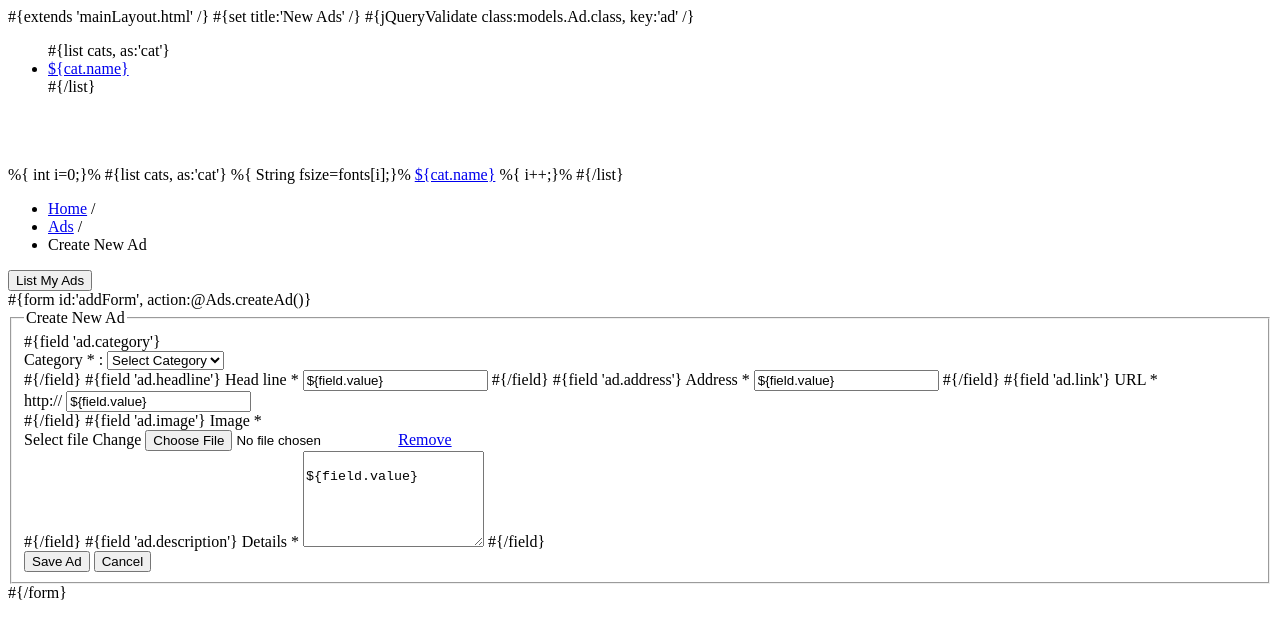
Repository: Maalejm/SEBA
Page: SlifeWebSite/app/views/Ads/newAd.html
An editor plug-in stored every save of this project. The page is shown before and after the next save, followed by the edit.
The browser window is 1280 px wide. The pictures show the whole page.

Above is the page before, as saved 2013-06-18 07:36:25.

### SlifeWebSite/app/views/Ads/newAd.html
#{extends 'mainLayout.html' /}
#{set title:'New Ads' /}


#{jQueryValidate class:models.Ad.class, key:'ad' /}

 <div class="container-fluid">
            <div class="row-fluid">
                <div class="span2">

                    <ul class="nav nav-list">
                        #{list cats, as:'cat'}
                         <li
                         %{ if(cat.id==1) { }%
                          class="active"
                         %{ } }%
                         ><a class="catNav" href="${cat.id}">${cat.name}</a></li>
                        #{/list}

                    </ul>

                    <div>
                    <br/>
                    <br/>
                    <br/>

                    %{ int i=0;}%
                    #{list cats, as:'cat'}
                       %{ String fsize=fonts[i];}%
                       <span style="font-size:${fsize}px;"><a class="catNav" href="${cat.id}">${cat.name}</a></span>
                      %{ i++;}%
                    #{/list}
                    </div>
                    <!--Sidebar content-->
                </div>
                <div class="span10">
                    <ul class="breadcrumb">
                        <li><a href="#">Home</a> <span class="divider">/</span></li>
                        <li><a href="#">Ads</a> <span class="divider">/</span></li>
                        <li class="active">Create New Ad</li>
                    </ul>

                    <div class="btn-group">
                        <button class="btn">List My Ads</button>
                    </div>




                    #{form id:'addForm', action:@Ads.createAd()}
                        <fieldset>
                            <legend>Create New Ad</legend>
                            <!-- #{ifErrors}
								<div class="error">
   									 <h2>Oops, please correct these errors</h2>
								</div>
							#{/ifErrors}
 -->
                             #{field 'ad.category'}
        						<div class="field">
            					<label for="${field.id}">Category * : </label>
            					<select id="${field.id}"  name="${field.name}" class="span5 ${field.errorClass}" >
                                <option value="0">Select Category</option>
                                #{list cats, as:'cat'}
                                <option value="${cat.id}">${cat.name}</option>
                    		    #{/list}
                          	  </select>

						 	 </div>
      					   #{/field}
							#{field 'ad.headline'}
                            <label for="${field.id}" >Head line *</label>
                             <input id="${field.id}" value="${field.value}"  name="${field.name}" class="span5 ${field.errorClass}" type="text" class="span5" placeholder="Descripe your ad">

                            #{/field}
                            #{field 'ad.address'}
                            <label for="${field.id}" >Address *</label>
                             <input id="${field.id}" value="${field.value}"  name="${field.name}" class="span5 ${field.errorClass}" type="text" class="span5" placeholder="Type an address here">

                            #{/field}

                            #{field 'ad.link'}
                            <label for="${field.id}" >URL *</label>
                             <div class=" input-prepend">
                                    <span class="add-on">http://</span>
                             <input id="${field.id}" value="${field.value}"  name="${field.name}" class="input_text ${field.errorClass}" type="text" class="span5" placeholder="Type an address here">
                             </div>

                            #{/field}


                            #{field 'ad.image'}
                            <label for="${field.id}" >Image *</label>

                              <div class="fileupload fileupload-new" data-provides="fileupload">
  								<div class="input-append">
   								 <div class="uneditable-input span3"><i class="icon-file fileupload-exists">
   								 </i> <span class="fileupload-preview"></span></div><span class="btn btn-file">
   								 <span class="fileupload-new">Select file</span>
   								 <span class="fileupload-exists">Change</span>
   								 <input type="file" id="${field.id}" value="${field.value}"  name="${field.name}" class="${field.errorClass}" /></span><a href="#" class="btn fileupload-exists" data-dismiss="fileupload">Remove</a>


  								</div>

							</div>


                            #{/field}


                             #{field 'ad.description'}
                            <label for="${field.id}" >Details *</label>
                                <textarea rows="6"  id="${field.id}"   name="${field.name}" class="input_textarea ${field.errorClass}">
                                ${field.value}
                                </textarea>

                            #{/field}

                                  <br/>



                                  <div class="form-actions">
                                      <button type="submit" class="btn btn-primary">Save Ad</button>
                                      <button type="button" class="btn">Cancel</button>
                                  </div>
                        </fieldset>
                    #{/form}



                    <!--Body content-->
                </div>
            </div>
        </div>

After the next save:
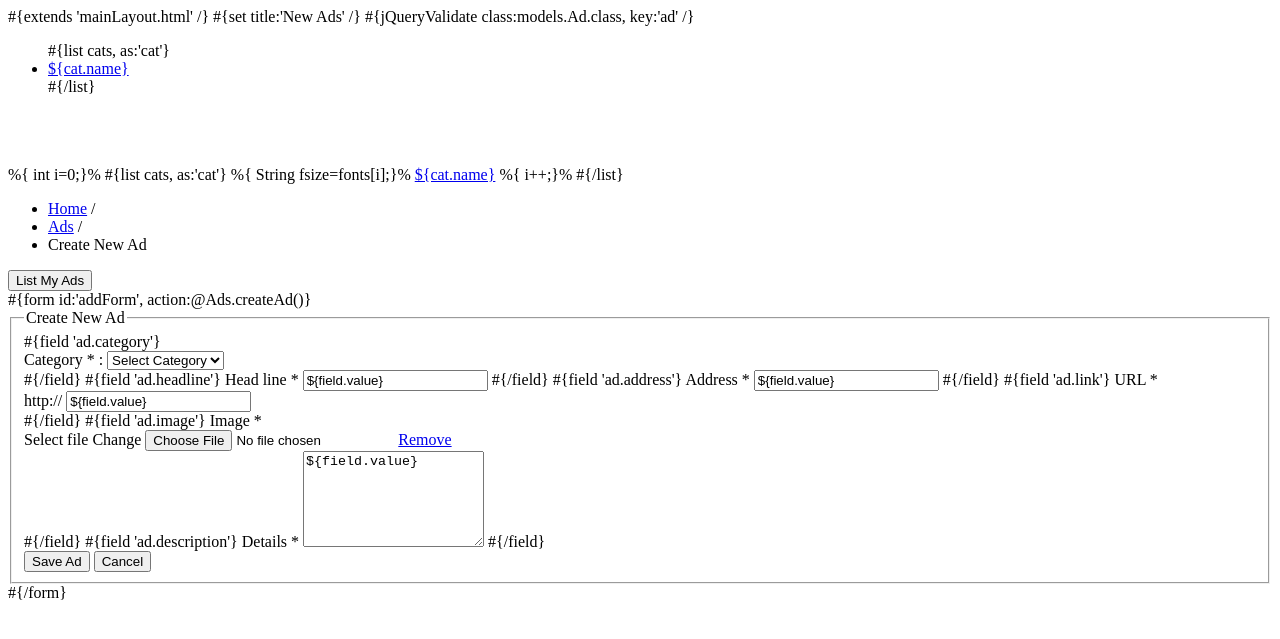
Saved 48 s later.
--- a/SlifeWebSite/app/views/Ads/newAd.html
+++ b/SlifeWebSite/app/views/Ads/newAd.html
@@ -111,8 +111,7 @@
 
                              #{field 'ad.description'}
                             <label for="${field.id}" >Details *</label>
-                                <textarea rows="6"  id="${field.id}"   name="${field.name}" class="input_textarea ${field.errorClass}">
-                                ${field.value}
+                                <textarea rows="6"  id="${field.id}"   name="${field.name}" class="input_textarea ${field.errorClass}">${field.value}
                                 </textarea>
 
                             #{/field}
